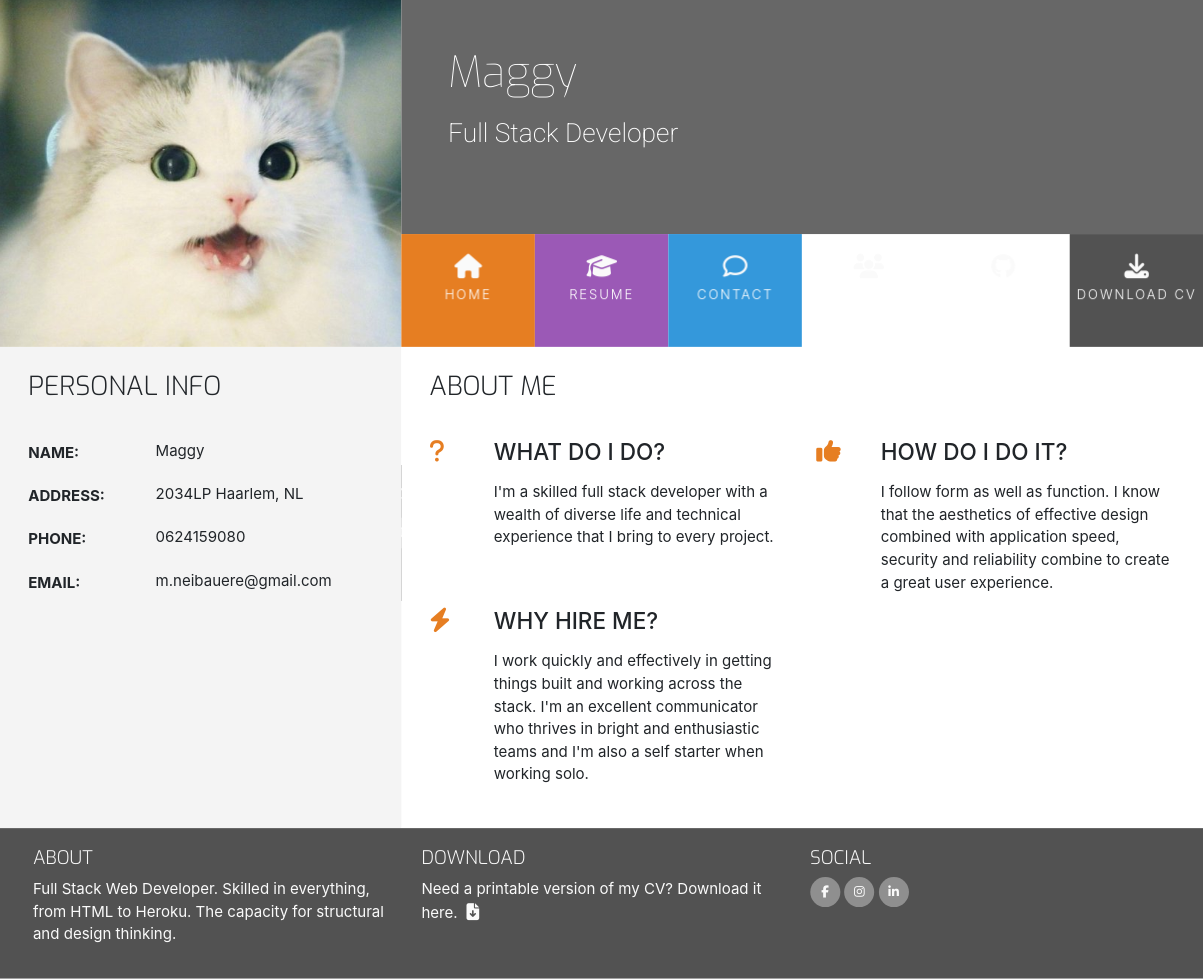
Repository: Marshmello88/resume_project
Page: index.html
The author's editor kept a record of every edit. The page is drawn from the files as they stood at one moment, then again after the next edit.
The browser window is 1280 px wide. The pictures show the whole page, at 94% of full size.
Some web libraries are served in a nearby version.

Above is the page before.
Console error: TypeError: Cannot read properties of undefined (reading 'fn')

After the next edit:
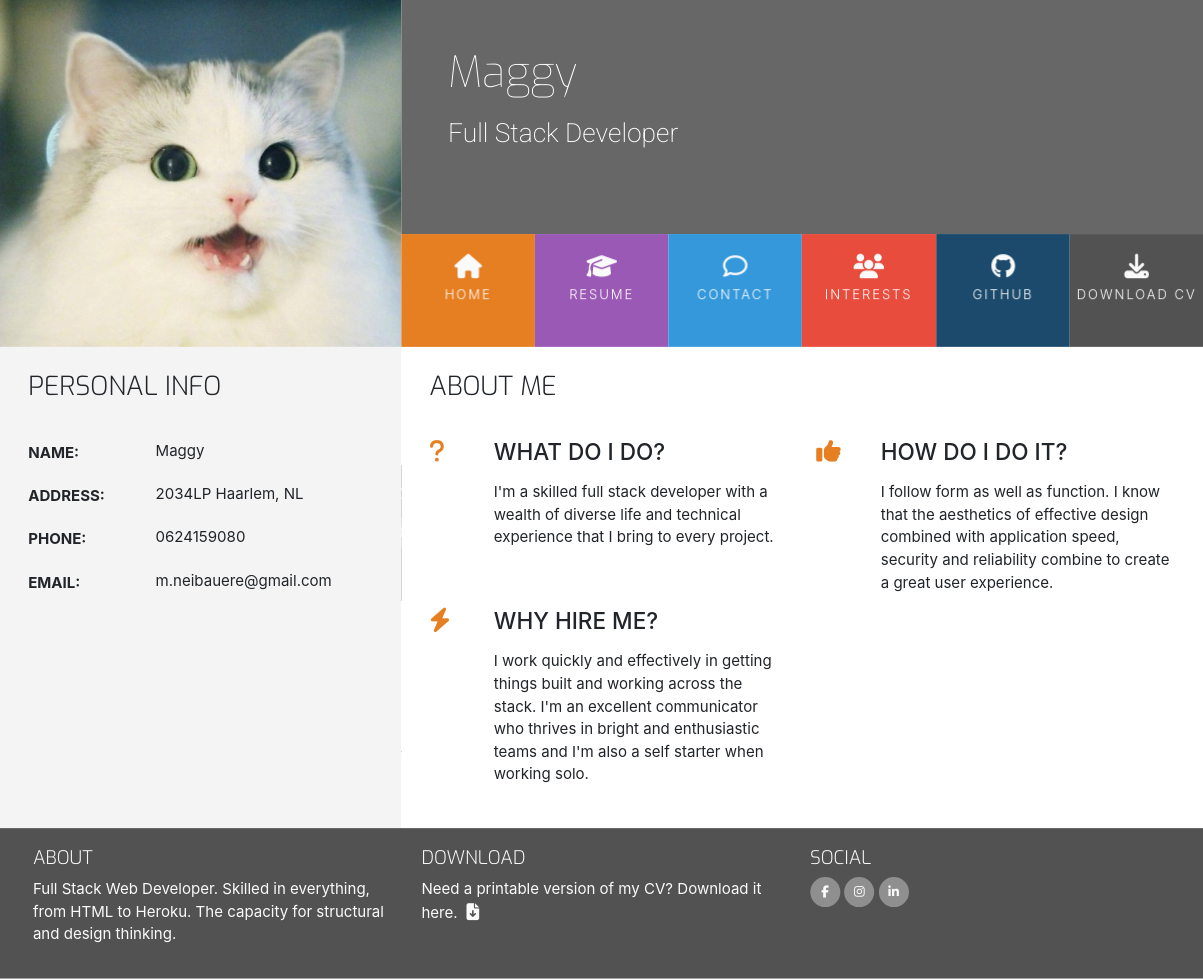
The edit:
--- a/assets/css/style.css
+++ b/assets/css/style.css
@@ -1,6 +1,15 @@
 @import url('https://fonts.googleapis.com/css?family=Roboto:100,200,300,400,500,600,700|Exo:100,200,300,400,500,600,700');
 
 /* -------------------------COLOURS----------------------------*/
+
+
+.ui-menu-color-github {
+    background-color: #1c4a6c;
+}
+
+.ui-menu-color-interests {
+    background-color: #e74c3c;
+}
 
 .bg-color-name-title {
     background-color: #676767;
